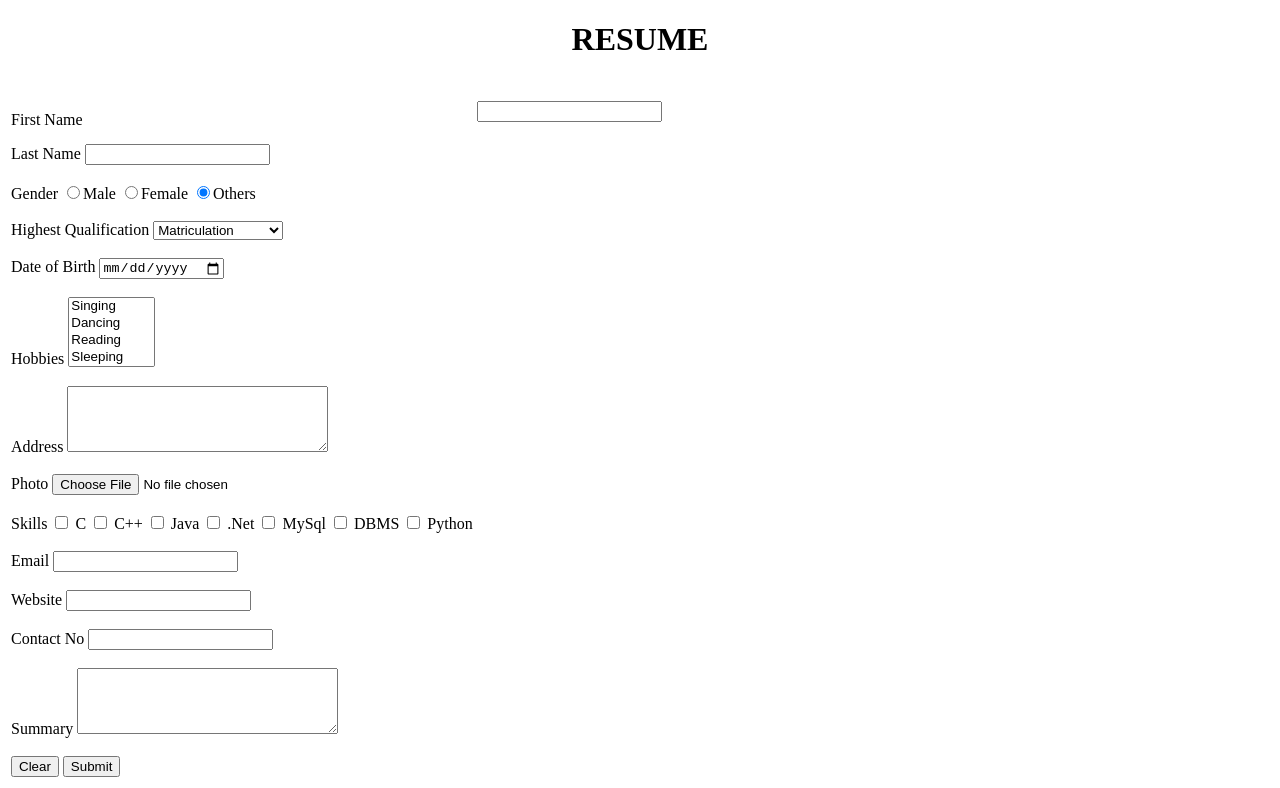
Repository: Rccalfa123/JEE
Page: MyFirstServlet/WebContent/Resume.html
An editor plug-in stored every save of this project. The page is shown before and after the next save, followed by the edit.
The browser window is 1280 px wide. The pictures show the whole page.

Above is the page before, as saved 2018-08-07 08:43:52.

### MyFirstServlet/WebContent/Resume.html
<!DOCTYPE html>
<html>
<head>
<meta charset="ISO-8859-1">
<title>Resume</title>
</head>
<body>
   <form action="ms1.java" method="get">
   <h1 align="center"> RESUME </h1><br>
  <table>
   <tr><td>First Name </td><td><input type="text" name="fname"><br><br></td></tr>

   <tr><td>Last Name  <input type="text" name="lname"><br><br>

   Gender <input type="radio" name = "gender" value="male" checked="checked">Male
   		  <input type="radio" name = "gender" value="female" checked="checked">Female
   		  <input type="radio" name = "gender" value="others" checked="checked">Others<br><br>

   Highest Qualification <select name = "Qualification">
            <option value="matriculation">Matriculation</option>
            <option value="intermediate">Intermediate</option>
            <option value="bachaolor_degree">Bachaelor Degree</option>
            <option value="masters">Masters</option>

   			</select> <br><br>

   Date of Birth <input type="date" name="dob"> <br><br>

   Hobbies <select multiple  name = "hobbies">
            <option value="singing">Singing</option>
            <option value="dancing">Dancing</option>
            <option value="reading">Reading</option>
            <option value="sleeping">Sleeping</option>
            <option value="eating">Eating</option>
            <option value="video_games">Video Games</option>

   			</select><br><br>

   Address <textarea name="address"   rows="4" cols="30"></textarea><br><br>

   Photo	<input type="file"  name="photo">	<br><br>


   Skills    <input type="checkbox" name="skills" value="c"> C
   			 <input type="checkbox" name="skills" value="c++"> C++
   			 <input type="checkbox" name="skills" value="java"> Java
  			 <input type="checkbox" name="skills" value=".net"> .Net
  			 <input type="checkbox" name="skills" value="mysql"> MySql
   			 <input type="checkbox" name="skills" value="dbms"> DBMS
   			 <input type="checkbox" name="skills" value="python"> Python <br><br>

  Email    <input type="email"  name="email"> <br><br>

  Website  <input type="url" name="website"><br><br>

  Contact No <input type="text" name="contact_no"> <br><br>

  Summary  <textarea name="summary"   rows="4" cols="30"></textarea><br><br>

   <div>  <input type="reset" value="Clear"> <input type="submit" value="Submit"> </div>
  </table>
   </form>


</body>
</html>

After the next save:
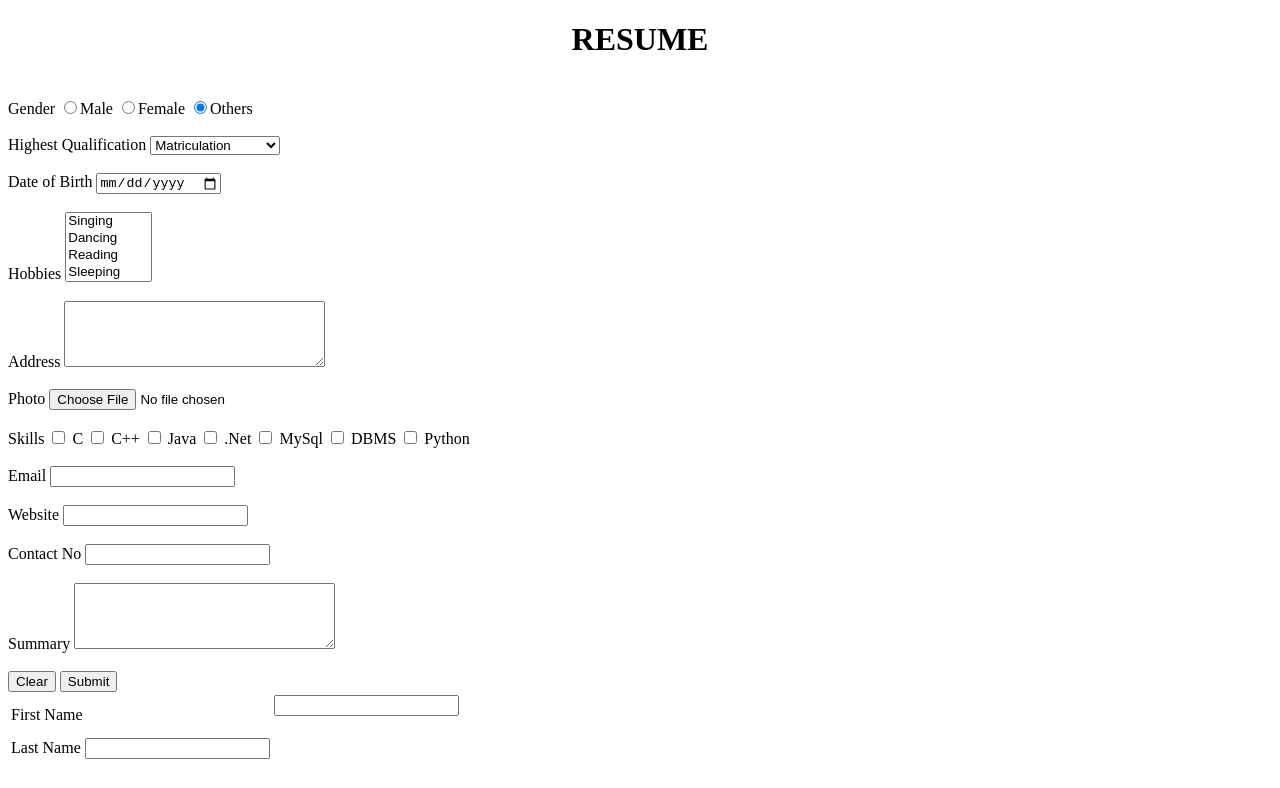
Saved 15 s later.
--- a/MyFirstServlet/WebContent/Resume.html
+++ b/MyFirstServlet/WebContent/Resume.html
@@ -10,7 +10,7 @@
   <table>
    <tr><td>First Name </td><td><input type="text" name="fname"><br><br></td></tr>
 
-   <tr><td>Last Name  <input type="text" name="lname"><br><br>
+   <tr><td>Last Name  <input type="text" name="lname"><br><br></td></tr>
 
    Gender <input type="radio" name = "gender" value="male" checked="checked">Male
    		  <input type="radio" name = "gender" value="female" checked="checked">Female
